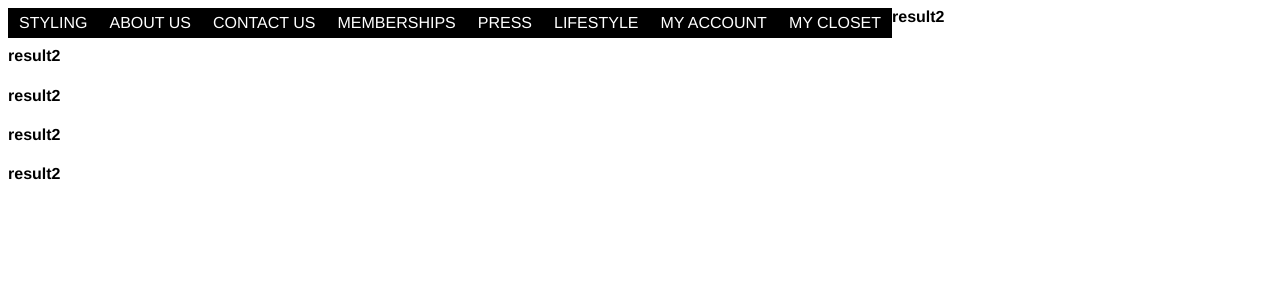
Repository: kesquili/kesquili.github.io
Page: fitin/closet.html
The author's editor kept a record of every edit. The page is drawn from the files as they stood at one moment, then again after the next edit.
The browser window is 1280 px wide. The pictures show the whole page.

Above is the page before.

### fitin/closet.html
<html>
  <head>
  <title>Fitin: A Men's Styling Brand</title>
  <link rel="stylesheet" href="styles.css">
  </head>
<body>
    <nav>
        <ul>
          <li><a href"#">STYLING</a></li>
          <li><a href"#">ABOUT US</a></li>
              <ul>
                  <li><a href"#">CONTACT US</a>
                  <li><a href"#">MEMBERSHIPS</a></li>
                  <li><a href"#">PRESS</a></li>
                  </li>
              </ul>
          <li><a href"#">LIFESTYLE</a>
             <ul>
                 <li><a href"#">LOOKING GOOD</a></li>
                 <li><a href"#">FEELING GOOD</a></li>
                 </li>
             </ul>
          <li><a href"#">MY ACCOUNT</a></li>
              <ul>
                  <li><a href"#">MY CLOSET</a></li>
              </ul>
        </ul>
    </nav>
     <div class="closet">
         <h4>result2</h4>
         <h4>result2</h4>
         <h4>result2</h4>
         <h4>result2</h4>
         <h4>result2</h4>
     </div>
</body>

### fitin/styles.css
body {
font: 14px;
font-family: Helvetica, sans-serif;
}

.results h4{
    border: 5px;
    border-color: black;
    border-style: solid;
    margin:30px;
    width: 200px;
    height: 300px;
    float: left;
}

.breakdown h4{
    border: 5px;
    border-color: black;
    border-style: solid;
    margin:30px;
    width: 100px;
    height: 200px;
    float: left;
    position: relative;
}

.sideimage {
    border: 10px solid black;
    width: 300px;
    height: 450px;
    float: left;
    margin-right: 12px;
}
.signup{
    margin-left: 20px;
    float: left;

}
.sell{
    max-width: 500px;
    display: inline;
    position: relative;
}
h6{
    font-size: 12px;
    font-family: Helvetica, sans-serif;
    padding: 0;
    display: inline;
    text-align: right;
}
nav{
    text-align: center;
    position: relative;
}
ul {
    list-style: none;
    padding: 0px;
    margin: 0px;
}

ul li {
    display: block;
    position: relative;
    float: left;
    border: 1px solid #000
}

li ul {
    display: none;
}

ul li a {
    display: block;
    background: #000;
    padding: 5px 10px 5px 10px;
    text-decoration: none;
    white-space: nowrap;color: #fff;
}

ul li a:hover {
    background: gray;
}

li:hover ul {
    display: block;
    position: absolute;
}

li:hover li {
    float: none;
}

li:hover a {
    background: gray;
}

li:hover li a:hover {
    background: #000;
}

nav li ul li {
      border-top: 0px;
  }

After the next edit:
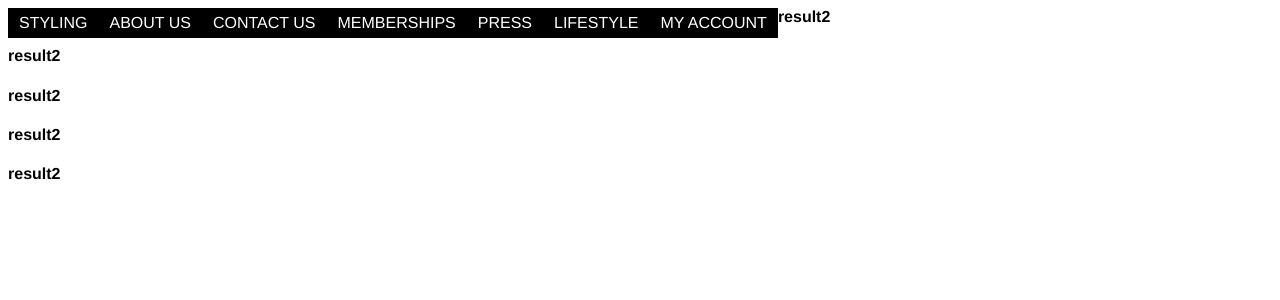
The edit:
--- a/fitin/closet.html
+++ b/fitin/closet.html
@@ -20,7 +20,7 @@
                  <li><a href"#">FEELING GOOD</a></li>
                  </li>
              </ul>
-          <li><a href"#">MY ACCOUNT</a></li>
+          <li><a href"#">MY ACCOUNT</a>
               <ul>
                   <li><a href"#">MY CLOSET</a></li>
               </ul>
